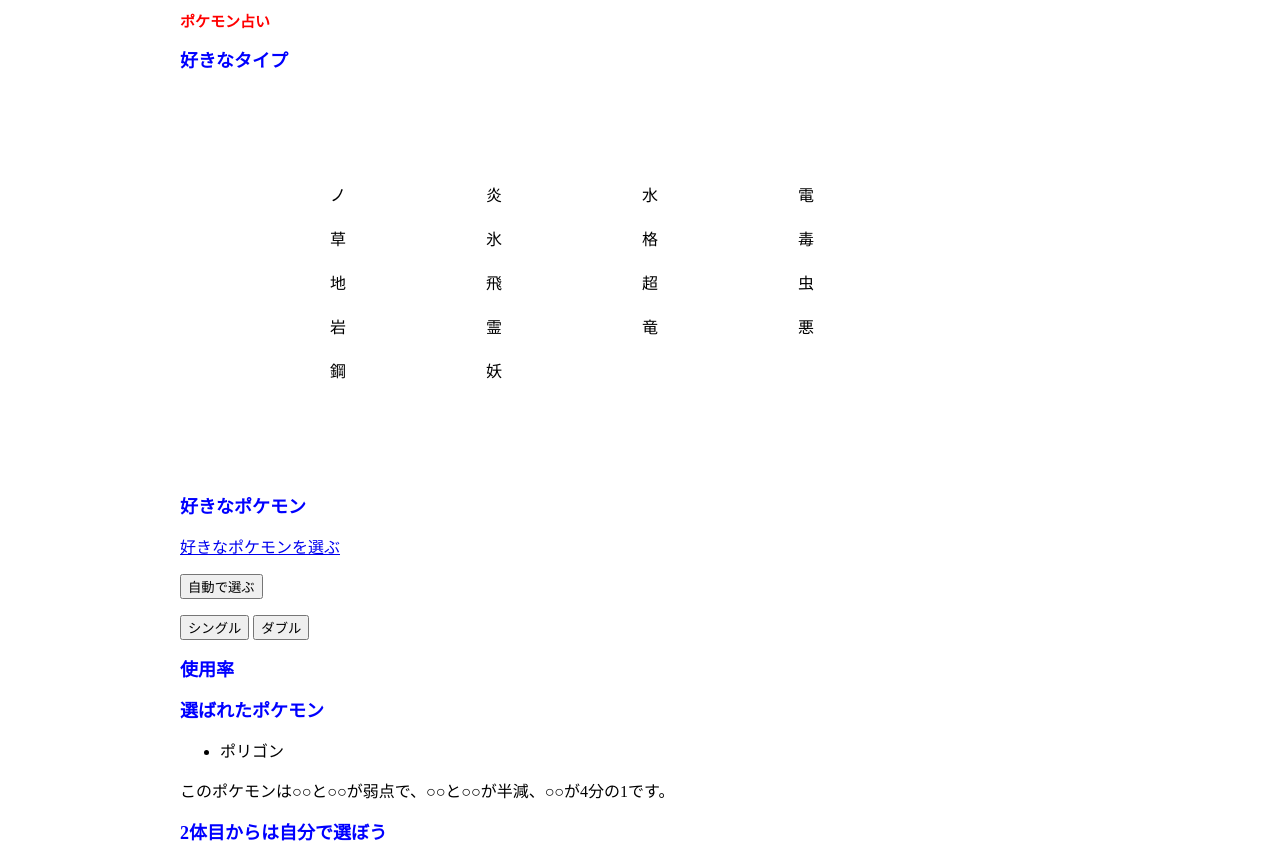
Repository: KustomApe/ksie
Page: index.html
The author's editor kept a copy of each file at every save. The page is drawn from the files as they stood at one save, then again after the next save.
The browser window is 1280 px wide. The pictures show the whole page.

Above is the page before, as saved 2021-01-10 14:04:53.

### index.html
<!DOCTYPE html>
<html lang="ja">
<head>
    <meta charset="UTF-8">
    <meta name="viewport" content="width=device-width, initial-scale=1.0">
    <title>ポケモン占い</title>
    <link rel="stylesheet" type="text/css" href="./assets/css/style.css">
    <script type="text/javascript" src="./assets/js/uranai.js"></script>
</head>
<body>
    <div id="wrap">
    <h1>ポケモン占い</h1>
    <h2>好きなタイプ</h2>
    <ul class="taipu clearfix">
        <li>ノ</li>
        <li>炎</li>
        <li>水</li>
        <li>電</li>
        <li>草</li>
        <li>氷</li>
        <li>格</li>
        <li>毒</li>
        <li>地</li>
        <li>飛</li>
        <li>超</li>
        <li>虫</li>
        <li>岩</li>
        <li>霊</li>
        <li>竜</li>
        <li>悪</li>
        <li>鋼</li>
        <li>妖</li>
    </ul>
    <h2>好きなポケモン</h2>
    <p><a href="./select_pokemon.html">好きなポケモンを選ぶ</a></p>
    <form><input type="button" value="自動で選ぶ" onClick="uranai()"></form>
    <p id='pokemon_elect'></p>
    <button>シングル</button>
    <button>ダブル</button>
    <h2>使用率</h2>
    <h2>選ばれたポケモン</h2>
    <ul>
        <li>ポリゴン</li>
    </ul>
    <p>このポケモンは○○と○○が弱点で、○○と○○が半減、○○が4分の1です。</p>
    <h2>2体目からは自分で選ぼう</h2>
</div>
</body>
</html>

### assets/css/style.css
@charset "utf-8";

body {
    display: block;
    margin: 0 auto;
    width: 1080px;
}

div#wrap {
    display: block;
    margin: 0 auto;
    width: 920px;
}

h1 {
    color: red;
    font-size: 15px;
}

h2 {
    color: blue;
    font-size: large;
}

ul.taipu {
    margin: 100px;
}

ul.taipu li {
    margin: 10px;
    list-style: none;
    float: left;
    width: 136px;
}

.clearfix::after {
    content: "";
    display: block;
    clear: both;
}

### assets/js/uranai.js
function uranai() {
    rand = Math.floor(Math.random()*100);
    console.log(rand)
    elect = 'サンダー'
    if (rand > 9) elect = "ランドロス"; //10～29（20%）
    if (rand > 29) elect = "カプ・レヒレ"; //30～49（20%）
    if (rand > 49) elect = "ボルトロス"; //50～69(20%)
	if (rand > 69) elect = "ミミッキュ"; //70～89（20%）
	if (rand > 89) elect = "エースバーン"; //90～99（10%）
    console.log(elect);
    para = document.getElementById('pokemon_elect');
    para.innerHTML = elect;
}

After the next save:
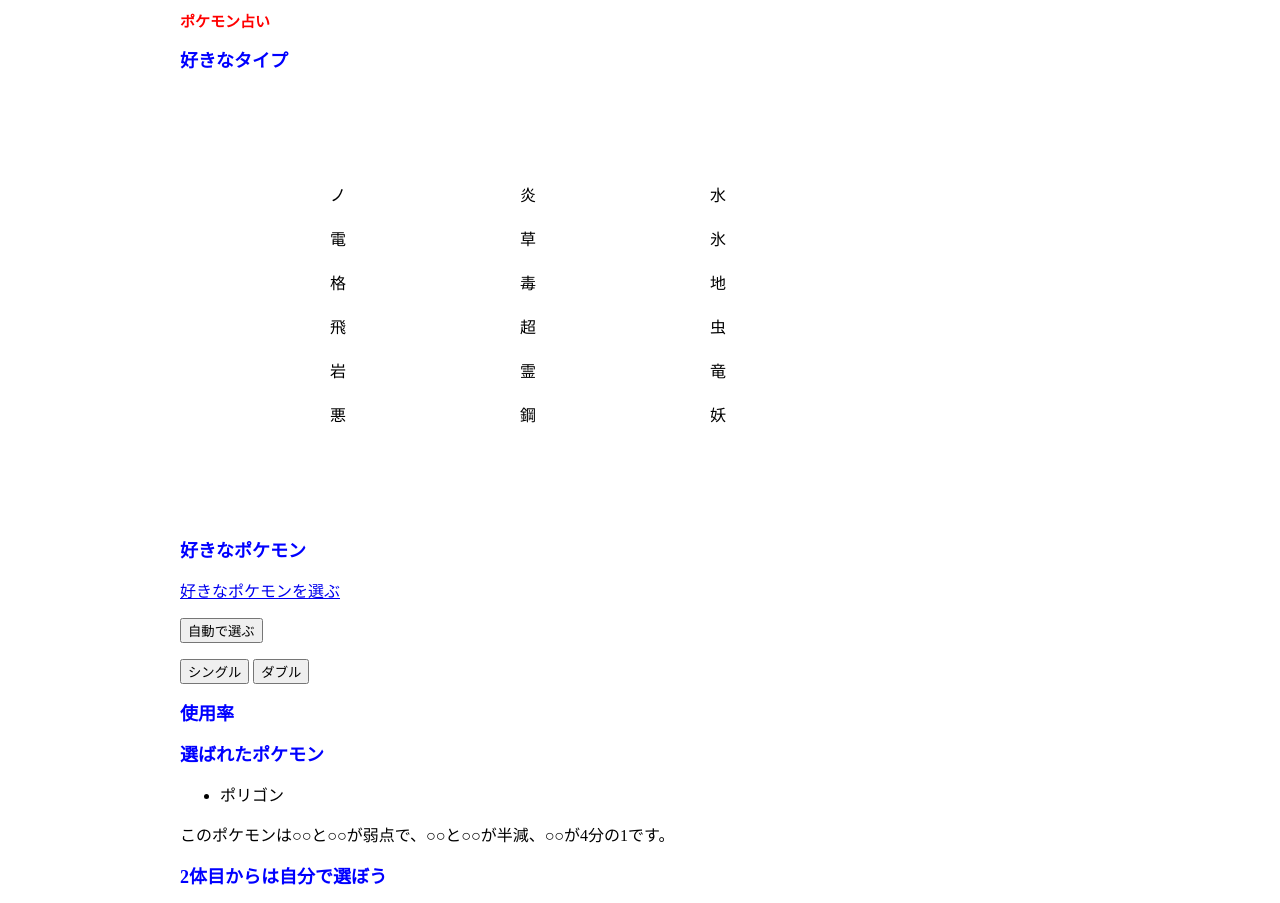
Saved 4 s later.
--- a/assets/css/style.css
+++ b/assets/css/style.css
@@ -30,7 +30,7 @@
     margin: 10px;
     list-style: none;
     float: left;
-    width: 136px;
+    width: 170px;
 }
 
 .clearfix::after {
